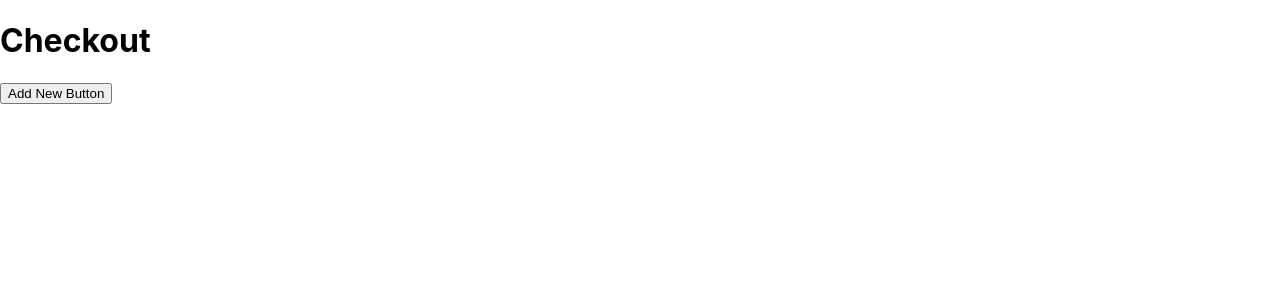
Repository: rxg8255/bazaar
Page: /
These files come from the project's save history. The page is drawn as it stood at one moment and after the next save; the edit follows.
The browser window is 1280 px wide. The pictures show the whole page.
The project was rebuilt for these pictures with package versions that can differ from the ones it lists, and the page was loaded fresh each time. Also part of the build but not shown: src/Cart.js, src/App.css, src/Products.js, src/App.js.

Above is the page before, as saved 2024-01-28 20:37:19.

After the next save:
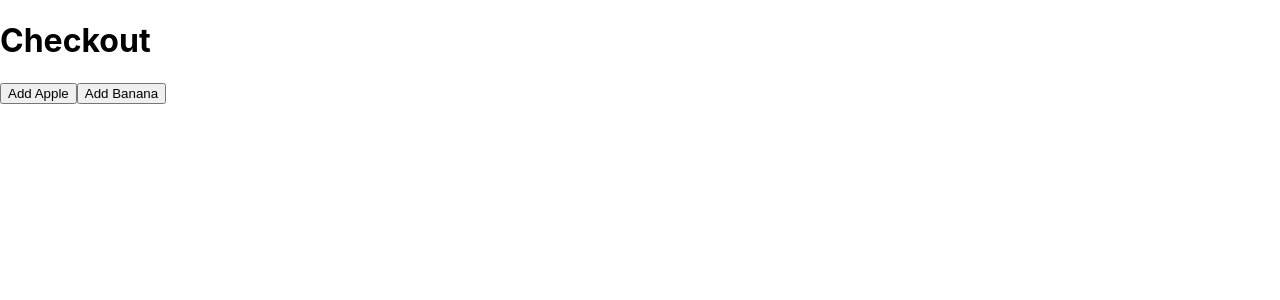
Saved 4 min 45 s later.
--- a/src/Parent.js
+++ b/src/Parent.js
@@ -6,38 +6,36 @@ export default function Parent() {
   // Create a state to store the items
   const [items, setItems] = useState([]);
 
-  // Create a state to store the buttons
-  const [buttons, setButtons] = useState([]);
-
   // Create a function to update the items state
   const setItemsToChild = (item) => {
     setItems([...items, item]);
   };
 
-  // Create a function to add a new button to the buttons state
-  const addNewButton = () => {
-    // Assume this is the data you want to pass to the child component
-    const data = {
-      id: Math.random(),
-      name: "Pear",
-      price: 1.29,
-    };
-    // Add the data to the buttons state
-    setButtons([...buttons, data]);
+  // Create constants to store the data for the two buttons
+  const button1 = {
+    id: 1,
+    name: "Apple",
+    price: 1.99,
+  };
+
+  const button2 = {
+    id: 2,
+    name: "Banana",
+    price: 0.99,
   };
 
   return (
     <div>
       <Child items={items} />
       <div className="buttons">
-        {buttons.map((button) => (
-          <button
-            key={button.id}
-            onClick={() => setItemsToChild(button)}
-          >{`Add ${button.name}`}</button>
-        ))}
+        {/* Pass the data and the name for each button as props */}
+        <button
+          onClick={() => setItemsToChild(button1)}
+        >{`Add ${button1.name}`}</button>
+        <button
+          onClick={() => setItemsToChild(button2)}
+        >{`Add ${button2.name}`}</button>
       </div>
-      <button onClick={addNewButton}>Add New Button</button>
     </div>
   );
 }
